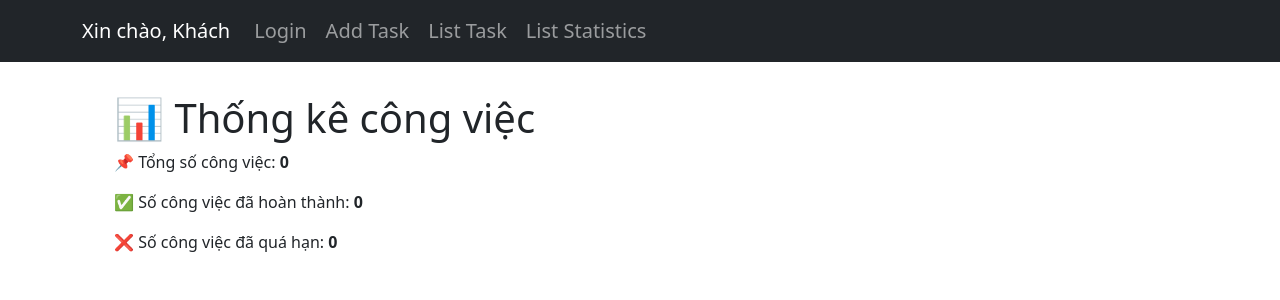
Repository: Lemon-ooo/PersonalTaskManager
Page: /tasks/statistics
The author's editor kept a copy of each file at every save. The page is drawn from the files as they stood at one save, then again after the next save.
The browser window is 1280 px wide. The pictures show the whole page.
The project was rebuilt for these pictures with package versions that can differ from the ones it lists, and the page was loaded fresh each time. Also part of the build but not shown: vite.config.ts, src/page/TaskList.tsx, src/components/AuthForm.tsx, src/page/Login.tsx, src/components/TaskForm.tsx, src/page/TaskAdd.tsx, src/page/TaskEdit.tsx.

Above is the page before, as saved 2025-07-27 03:48:22.

### index.html
<!DOCTYPE html>
<html lang="en">
  <head>
    <meta charset="UTF-8" />
    <link rel="icon" type="image/svg+xml" href="/vite.svg" />
    <meta name="viewport" content="width=device-width, initial-scale=1.0" />
    <title>WEB209 REACT - HOADV</title>
    <link
      href="https://cdn.jsdelivr.net/npm/bootstrap@5.0.2/dist/css/bootstrap.min.css"
      rel="stylesheet"
      integrity="sha384-EVSTQN3/azprG1Anm3QDgpJLIm9Nao0Yz1ztcQTwFspd3yD65VohhpuuCOmLASjC"
      crossorigin="anonymous"
    />
  </head>
  <body>
    <div id="root"></div>
    <script type="module" src="/src/main.tsx"></script>
  </body>
</html>

### src/App.tsx
import { Toaster } from "react-hot-toast";
import { Link, useRoutes } from "react-router-dom";
import TaskList from "./page/TaskList";
import Login from "./page/Login";
import TaskAdd from "./page/TaskAdd";
import TaskEdit from "./page/TaskEdit";
import TaskStatistics from "./page/TaskStatistics";

function App() {
  const routes = useRoutes([
    { path: "/", element: <TaskList /> },
    { path: "login", element: <Login /> },
    { path: "tasks/list", element: <TaskList /> },
    { path: "tasks/add", element: <TaskAdd /> },
    { path: "tasks/edit/:id", element: <TaskEdit /> },
    { path: "tasks/statistics", element: <TaskStatistics /> },
  ]);
  return (
    <>
      <nav className="navbar navbar-dark bg-dark navbar-expand-lg">
        <div className="container">
          <span className="navbar-brand">
            {(() => {
              const stored = localStorage.getItem("user");
              const user = stored ? JSON.parse(stored) : null;
              return `Xin chào, ${user?.username || "Khách"}`;
            })()}
          </span>

          <div className="collapse navbar-collapse" id="navbarNav">
            <ul
              className="navbar-nav me-auto mb-2 mb-lg-0"
              style={{ gap: 3, fontSize: 20 }}
            >
              <li className="nav-item">
                <Link className="nav-link" to="/login">
                  Login
                </Link>
              </li>
              <li className="nav-item">
                <Link className="nav-link" to="/tasks/add">
                  Add Task
                </Link>
              </li>
              <li className="nav-item">
                <Link className="nav-link" to="/tasks/list">
                  List Task
                </Link>
              </li>
              <li className="nav-item">
                <Link className="nav-link" to="tasks/statistics">
                  List Statistics
                </Link>
              </li>
            </ul>
          </div>
        </div>
      </nav>
      <div className="container">{routes}</div>
      <Toaster />
    </>
  );
}

export default App;

### src/page/TaskStatistics.tsx
import React, { useEffect, useState } from "react";
import { useTask } from "../hooks/useTask";
import dayjs from "dayjs";

export default function TaskStatistics() {
  const { tasks, handlegetAll } = useTask();
  const [doneCount, setDoneCount] = useState(0);
  const [overdueCount, setOverdueCount] = useState(0);
  const [totalCount, setTotalCount] = useState(0);

  useEffect(() => {
    handlegetAll();
  }, []);

  useEffect(() => {
    const now = dayjs();

    const done = tasks.filter((task) => task.status === "done").length;
    const overdue = tasks.filter(
      (task) =>
        task.status !== "done" && dayjs(task.dueDate).isBefore(now, "day")
    ).length;

    const total = tasks.length;

    setDoneCount(done);
    setTotalCount(total);
    setOverdueCount(overdue);
  }, [tasks]);

  return (
    <div style={{ padding: "2rem" }}>
      <h1>📊 Thống kê công việc</h1>
      <p>
        📌 Tổng số công việc: <strong>{totalCount}</strong>
      </p>
      <p>
        ✅ Số công việc đã hoàn thành: <strong>{doneCount}</strong>
      </p>
      <p>
        ❌ Số công việc đã quá hạn: <strong>{overdueCount}</strong>
      </p>
    </div>
  );
}

### src/hooks/useTask.ts
import { useState } from "react";
import {
  Task,
  getAll,
  addTask,
  editTask,
  deleteTask,
  getTaskById,
} from "../services/task";
import { useNavigate } from "react-router-dom";
import { useAuth } from "./useAuth";
import toast from "react-hot-toast";

export function useTask() {
  const [tasks, setTasks] = useState<Task[]>([]);
  const navigate = useNavigate();
  const { getCurrentUser } = useAuth();
  const currentUser = getCurrentUser();

  async function handlegetAll() {
    if (!currentUser) {
      toast.error("Không xác định được người dùng.");
      return;
    }
    try {
      const res = await getAll(currentUser.username);
      setTasks(res.data);
    } catch (err) {
      console.error(err);
      toast.error("Lỗi khi lấy danh sách task.");
    }
  }
  async function handleGetDetail(id: string): Promise<Task | null> {
    if (!currentUser) {
      toast.error("Không xác định người dùng.");
      return null;
    }

    try {
      const res = await getTaskById(id);
      const task = res.data;

      if (task.username !== currentUser.username) {
        toast.error("Bạn không có quyền xem task này.");
        navigate("/tasks/list");
        return null;
      }

      return task;
    } catch (err) {
      toast.error("Không tìm thấy task.");
      navigate("/tasks/list");
      return null;
    }
  }

  async function handleAdd(task: Task) {
    if (!currentUser) return;

    try {
      await addTask({ ...task, username: currentUser.username });
      toast.success("Thêm task thành công");
      navigate("/tasks/list");
    } catch (err) {
      toast.error("Lỗi khi thêm task.");
    }
  }

  async function handleEdit(task: Task, id: string) {
    try {
      const oldTask = await handleGetDetail(id);
      if (!oldTask) return;

      const updatedTask = { ...task, username: oldTask.username }; // giữ lại username gốc

      await editTask(updatedTask, id);
      toast.success("Sửa task thành công");
      navigate("/tasks/list");
    } catch (err) {
      toast.error("Lỗi khi sửa task.");
    }
  }

  async function handleDelete(id: string) {
    try {
      await deleteTask(id);
      toast.success("Xoá thành công");
      handlegetAll(); // cập nhật lại list
    } catch (err) {
      toast.error("Lỗi khi xoá task.");
    }
  }

  return {
    tasks,
    handlegetAll,
    handleAdd,
    handleEdit,
    handleDelete,
    handleGetDetail,
  };
}

### src/hooks/useAuth.ts
import { User } from "../services/auth";
import toast from "react-hot-toast";
import { useNavigate } from "react-router-dom";

export function useAuth() {
  const nav = useNavigate();

  function handleLogin(user: User) {
    localStorage.setItem("user", JSON.stringify(user));
    toast.success("Login successful");
    nav("/");
  }

  function handleLogout() {
    localStorage.removeItem("user");
    toast.success("Logged out");
    nav("/login");
  }

  function getCurrentUser(): User | null {
    const stored = localStorage.getItem("user");
    return stored ? JSON.parse(stored) : null;
  }

  return {
    handleLogin,
    handleLogout,
    getCurrentUser,
  };
}

### src/services/task.ts
import axios from "axios";

export type Task = {
  id?: string;
  title: string;
  description: string;
  dueDate: string;
  status: "todo" | "in-progress" | "done";
  username: string;
};

export function addTask(data: Task) {
  return axios.post("http://localhost:3000/tasks", data);
}
export function editTask(data: Task, id: string) {
  return axios.put("http://localhost:3000/tasks/" + id, data);
}
export function getAll(username: string) {
  return axios.get("http://localhost:3000/tasks?username=" + username);
}
export function getTaskById(id: string) {
  return axios.get("http://localhost:3000/tasks/" + id);
}
export function deleteTask(id: string) {
  return axios.delete("http://localhost:3000/tasks/" + id);
}

Loaded but not shown: src/main.tsx (common file); src/index.css (no stored copy; drawn as an empty file)

After the next save:
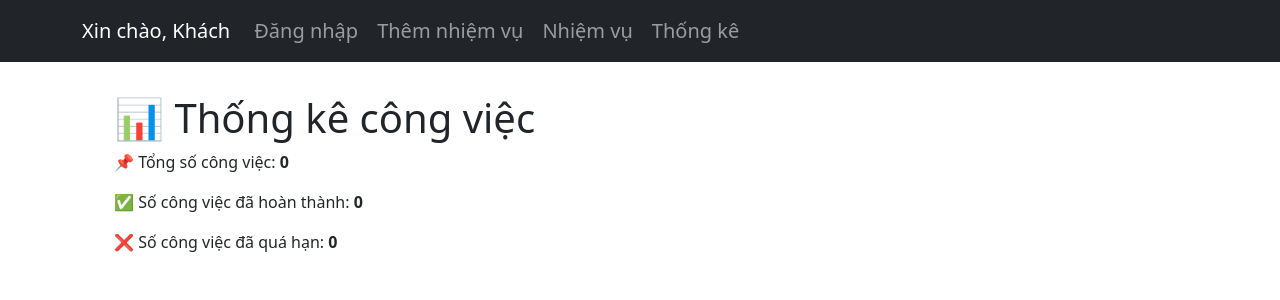
Saved 41 s later.
--- a/src/App.tsx
+++ b/src/App.tsx
@@ -34,22 +34,22 @@ function App() {
             >
               <li className="nav-item">
                 <Link className="nav-link" to="/login">
-                  Login
+                  Đăng nhập
                 </Link>
               </li>
               <li className="nav-item">
                 <Link className="nav-link" to="/tasks/add">
-                  Add Task
+                  Thêm nhiệm vụ
                 </Link>
               </li>
               <li className="nav-item">
                 <Link className="nav-link" to="/tasks/list">
-                  List Task
+                  Nhiệm vụ
                 </Link>
               </li>
               <li className="nav-item">
                 <Link className="nav-link" to="tasks/statistics">
-                  List Statistics
+                  Thống kê
                 </Link>
               </li>
             </ul>
